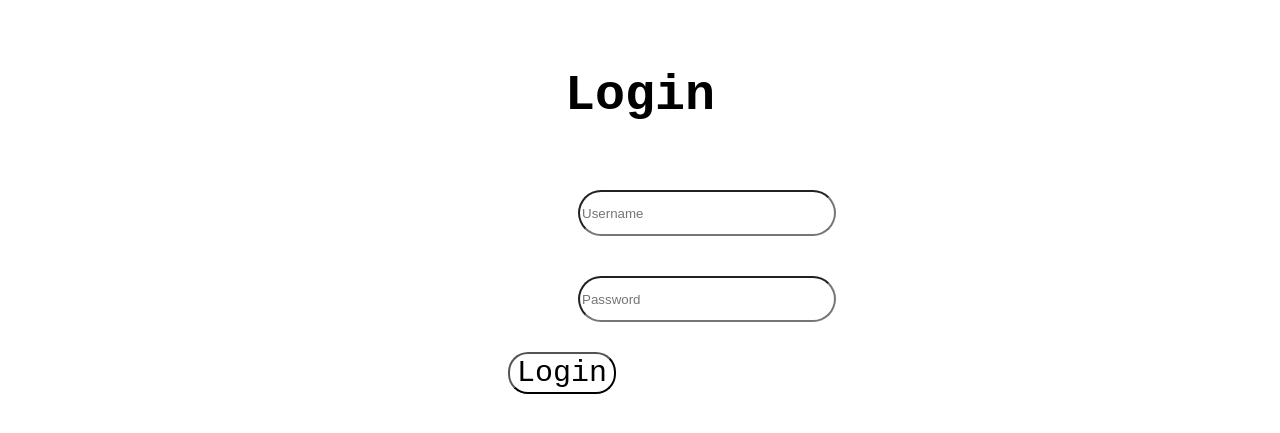
Repository: yhung004/TUTORIAL_PAGE
Page: log_in.html
The author's editor kept a copy of each file at every save. The page is drawn from the files as they stood at one save, then again after the next save.
The browser window is 1280 px wide. The pictures show the whole page.

Above is the page before, as saved 2024-04-10 12:37:29.

After the next save:
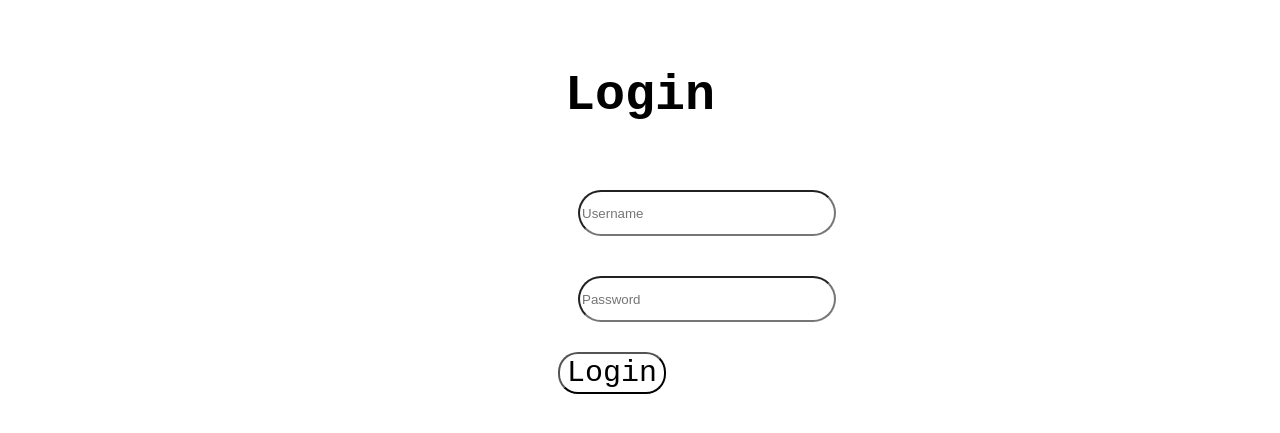
Saved 7 s later.
--- a/main.css
+++ b/main.css
@@ -61,7 +61,7 @@ a.button_a1 {
 }
 .button_in {
     position: relative;
-    left: 500px;
+    left: 550px;
     margin-top: 30px;
     background-color:white;
     color: black;
